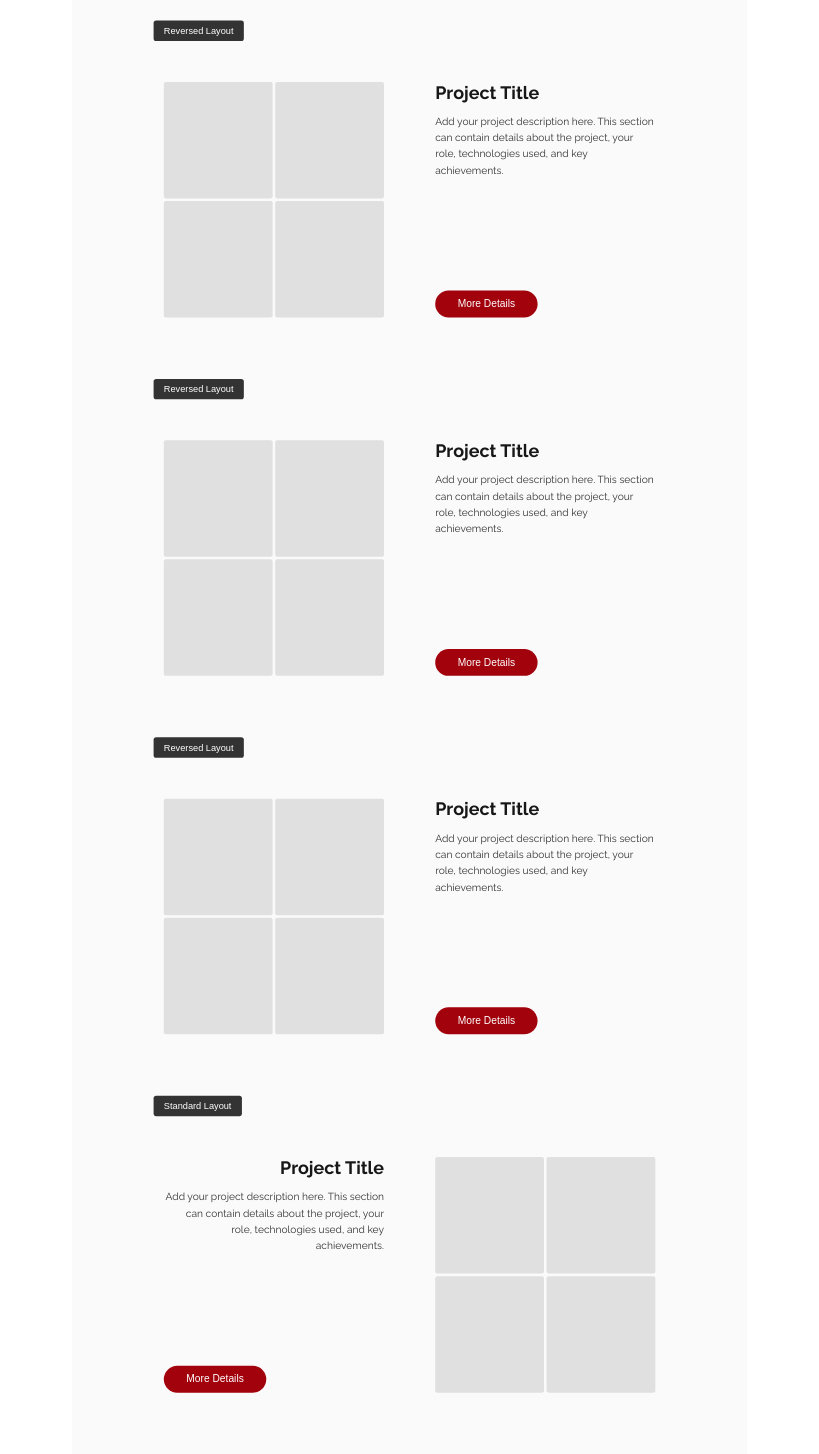
Repository: Micaelavalmores/Micaela-Portfolio
Page: /home-page
An editor plug-in stored every save of this project. The page is shown before and after the next save, followed by the edit.
The browser window is 1280 px wide. The pictures show the whole page, at 64% of full size.
The project was rebuilt for these pictures with package versions that can differ from the ones it lists, and the page was loaded fresh each time. The framework's server and built-in components were replaced by stand-ins that run in the browser. Also part of the build but not shown: next.config.mjs.

Above is the page before, as saved 2026-01-26 23:39:59.

After the next save:
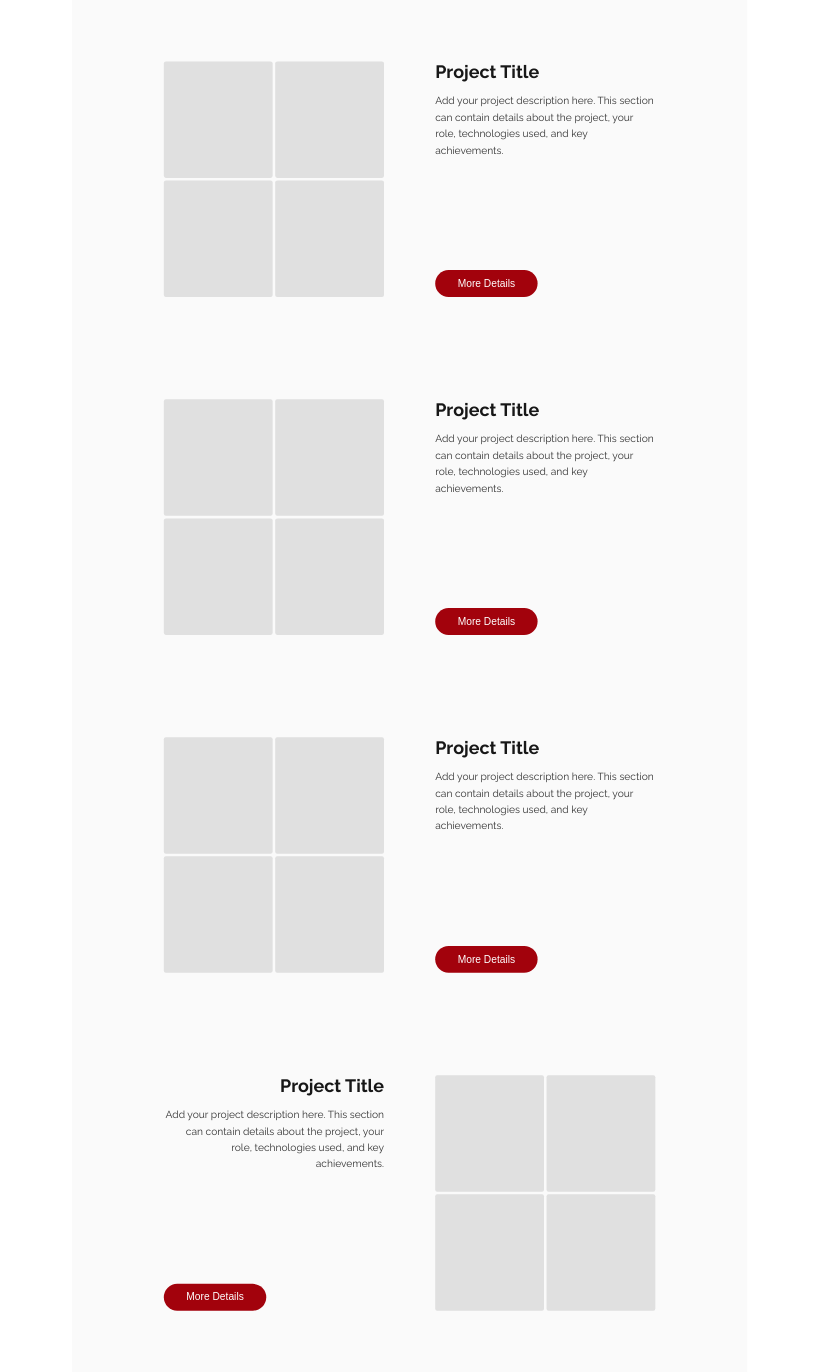
Saved 48 s later.
--- a/app/components/FtProj.js
+++ b/app/components/FtProj.js
@@ -1,72 +1,60 @@
 'use client';
 
-import { useState } from 'react';
 import styles from './FtProj.module.css';
 
 /*
-  HOW TO USE THE TOGGLE:
-  The FtProj component now has two layout states:
-  1. Default (isReversed = false): Images on left, text on right (left-justified)
-  2. Reversed (isReversed = true): Text on left (right-justified), images on right
+  HOW TO USE:
+  The FtProj component has two layout states:
+  1. Default (reversed={false}): Images on left, text on right (left-justified)
+  2. Reversed (reversed={true}): Text on left (right-justified), images on right
 
-  The toggle button at the top switches between these layouts.
-  You can also modify the component to accept a prop if needed:
-  <FtProj reversed={true} /> to start in reversed state
+  Usage examples:
+  <FtProj /> - Standard layout (default)
+  <FtProj reversed={true} /> - Reversed layout
 */
 
 export default function FtProj({ reversed = false }) {
-  const [isReversed, setIsReversed] = useState(reversed);
+  return (
+    <div className={`${styles.container} ${reversed ? styles.reversed : ''}`}>
+      {/* Left Column - Text (if reversed) / Images (if standard) */}
+      {!reversed ? (
+        // Standard: Images on left
+        <div className={styles.imagesColumn}>
+          <div className={styles.imagePlaceholder}></div>
+          <div className={styles.imagePlaceholder}></div>
+          <div className={styles.imagePlaceholder}></div>
+          <div className={styles.imagePlaceholder}></div>
+        </div>
+      ) : (
+        // Reversed: Text on left
+        <div className={styles.textColumn}>
+          <div className={styles.textContent}>
+            <h2>Project Title</h2>
+            <p>Add your project description here. This section can contain details about the project, your role, technologies used, and key achievements.</p>
+          </div>
+          <button className={styles.projectButton}>More Details</button>
+        </div>
+      )}
 
-  return (
-    <div>
-      <button
-        className={styles.toggleButton}
-        onClick={() => setIsReversed(!isReversed)}
-      >
-        {isReversed ? 'Standard Layout' : 'Reversed Layout'}
-      </button>
-
-      <div className={`${styles.container} ${isReversed ? styles.reversed : ''}`}>
-        {/* Left Column - Text (if reversed) / Images (if standard) */}
-        {!isReversed ? (
-          // Standard: Images on left
-          <div className={styles.imagesColumn}>
-            <div className={styles.imagePlaceholder}></div>
-            <div className={styles.imagePlaceholder}></div>
-            <div className={styles.imagePlaceholder}></div>
-            <div className={styles.imagePlaceholder}></div>
+      {/* Right Column - Text (if standard) / Images (if reversed) */}
+      {!reversed ? (
+        // Standard: Text on right
+        <div className={styles.textColumn}>
+          <div className={styles.textContent}>
+            <h2>Project Title</h2>
+            <p>Add your project description here. This section can contain details about the project, your role, technologies used, and key achievements.</p>
           </div>
-        ) : (
-          // Reversed: Text on left
-          <div className={styles.textColumn}>
-            <div className={styles.textContent}>
-              <h2>Project Title</h2>
-              <p>Add your project description here. This section can contain details about the project, your role, technologies used, and key achievements.</p>
-            </div>
-            <button className={styles.projectButton}>More Details</button>
-          </div>
-        )}
-
-        {/* Right Column - Text (if standard) / Images (if reversed) */}
-        {!isReversed ? (
-          // Standard: Text on right
-          <div className={styles.textColumn}>
-            <div className={styles.textContent}>
-              <h2>Project Title</h2>
-              <p>Add your project description here. This section can contain details about the project, your role, technologies used, and key achievements.</p>
-            </div>
-            <button className={styles.projectButton}>More Details</button>
-          </div>
-        ) : (
-          // Reversed: Images on right
-          <div className={styles.imagesColumn}>
-            <div className={styles.imagePlaceholder}></div>
-            <div className={styles.imagePlaceholder}></div>
-            <div className={styles.imagePlaceholder}></div>
-            <div className={styles.imagePlaceholder}></div>
-          </div>
-        )}
-      </div>
+          <button className={styles.projectButton}>More Details</button>
+        </div>
+      ) : (
+        // Reversed: Images on right
+        <div className={styles.imagesColumn}>
+          <div className={styles.imagePlaceholder}></div>
+          <div className={styles.imagePlaceholder}></div>
+          <div className={styles.imagePlaceholder}></div>
+          <div className={styles.imagePlaceholder}></div>
+        </div>
+      )}
     </div>
   );
 }

After the save that followed:
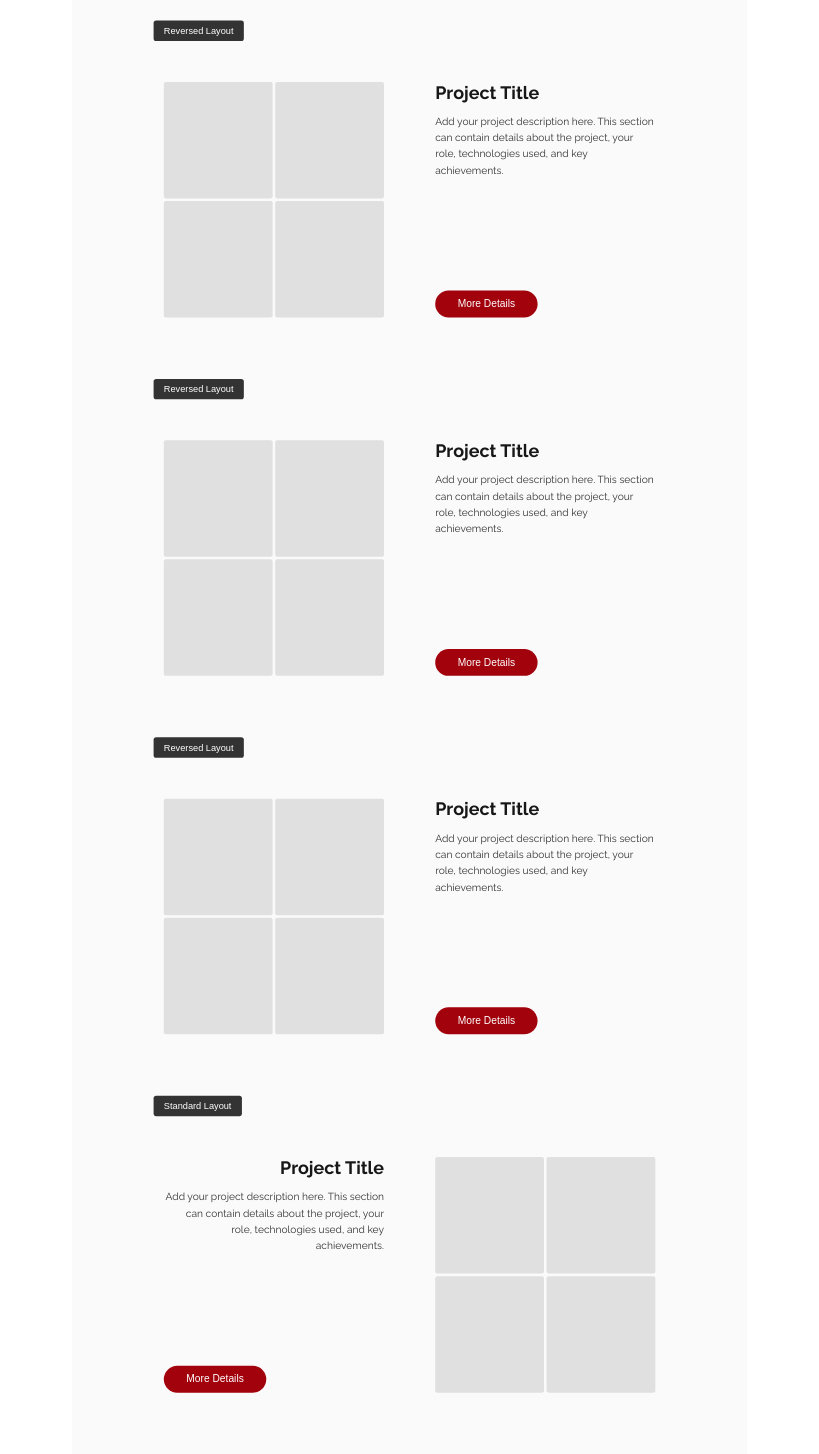
Saved 9 s later.
--- a/app/components/FtProj.js
+++ b/app/components/FtProj.js
@@ -1,60 +1,72 @@
 'use client';
 
+import { useState } from 'react';
 import styles from './FtProj.module.css';
 
 /*
-  HOW TO USE:
-  The FtProj component has two layout states:
-  1. Default (reversed={false}): Images on left, text on right (left-justified)
-  2. Reversed (reversed={true}): Text on left (right-justified), images on right
+  HOW TO USE THE TOGGLE:
+  The FtProj component now has two layout states:
+  1. Default (isReversed = false): Images on left, text on right (left-justified)
+  2. Reversed (isReversed = true): Text on left (right-justified), images on right
 
-  Usage examples:
-  <FtProj /> - Standard layout (default)
-  <FtProj reversed={true} /> - Reversed layout
+  The toggle button at the top switches between these layouts.
+  You can also modify the component to accept a prop if needed:
+  <FtProj reversed={true} /> to start in reversed state
 */
 
 export default function FtProj({ reversed = false }) {
+  const [isReversed, setIsReversed] = useState(reversed);
+
   return (
-    <div className={`${styles.container} ${reversed ? styles.reversed : ''}`}>
-      {/* Left Column - Text (if reversed) / Images (if standard) */}
-      {!reversed ? (
-        // Standard: Images on left
-        <div className={styles.imagesColumn}>
-          <div className={styles.imagePlaceholder}></div>
-          <div className={styles.imagePlaceholder}></div>
-          <div className={styles.imagePlaceholder}></div>
-          <div className={styles.imagePlaceholder}></div>
-        </div>
-      ) : (
-        // Reversed: Text on left
-        <div className={styles.textColumn}>
-          <div className={styles.textContent}>
-            <h2>Project Title</h2>
-            <p>Add your project description here. This section can contain details about the project, your role, technologies used, and key achievements.</p>
+    <div>
+      <button
+        className={styles.toggleButton}
+        onClick={() => setIsReversed(!isReversed)}
+      >
+        {isReversed ? 'Standard Layout' : 'Reversed Layout'}
+      </button>
+
+      <div className={`${styles.container} ${isReversed ? styles.reversed : ''}`}>
+        {/* Left Column - Text (if reversed) / Images (if standard) */}
+        {!isReversed ? (
+          // Standard: Images on left
+          <div className={styles.imagesColumn}>
+            <div className={styles.imagePlaceholder}></div>
+            <div className={styles.imagePlaceholder}></div>
+            <div className={styles.imagePlaceholder}></div>
+            <div className={styles.imagePlaceholder}></div>
           </div>
-          <button className={styles.projectButton}>More Details</button>
-        </div>
-      )}
+        ) : (
+          // Reversed: Text on left
+          <div className={styles.textColumn}>
+            <div className={styles.textContent}>
+              <h2>Project Title</h2>
+              <p>Add your project description here. This section can contain details about the project, your role, technologies used, and key achievements.</p>
+            </div>
+            <button className={styles.projectButton}>More Details</button>
+          </div>
+        )}
 
-      {/* Right Column - Text (if standard) / Images (if reversed) */}
-      {!reversed ? (
-        // Standard: Text on right
-        <div className={styles.textColumn}>
-          <div className={styles.textContent}>
-            <h2>Project Title</h2>
-            <p>Add your project description here. This section can contain details about the project, your role, technologies used, and key achievements.</p>
+        {/* Right Column - Text (if standard) / Images (if reversed) */}
+        {!isReversed ? (
+          // Standard: Text on right
+          <div className={styles.textColumn}>
+            <div className={styles.textContent}>
+              <h2>Project Title</h2>
+              <p>Add your project description here. This section can contain details about the project, your role, technologies used, and key achievements.</p>
+            </div>
+            <button className={styles.projectButton}>More Details</button>
           </div>
-          <button className={styles.projectButton}>More Details</button>
-        </div>
-      ) : (
-        // Reversed: Images on right
-        <div className={styles.imagesColumn}>
-          <div className={styles.imagePlaceholder}></div>
-          <div className={styles.imagePlaceholder}></div>
-          <div className={styles.imagePlaceholder}></div>
-          <div className={styles.imagePlaceholder}></div>
-        </div>
-      )}
+        ) : (
+          // Reversed: Images on right
+          <div className={styles.imagesColumn}>
+            <div className={styles.imagePlaceholder}></div>
+            <div className={styles.imagePlaceholder}></div>
+            <div className={styles.imagePlaceholder}></div>
+            <div className={styles.imagePlaceholder}></div>
+          </div>
+        )}
+      </div>
     </div>
   );
 }
